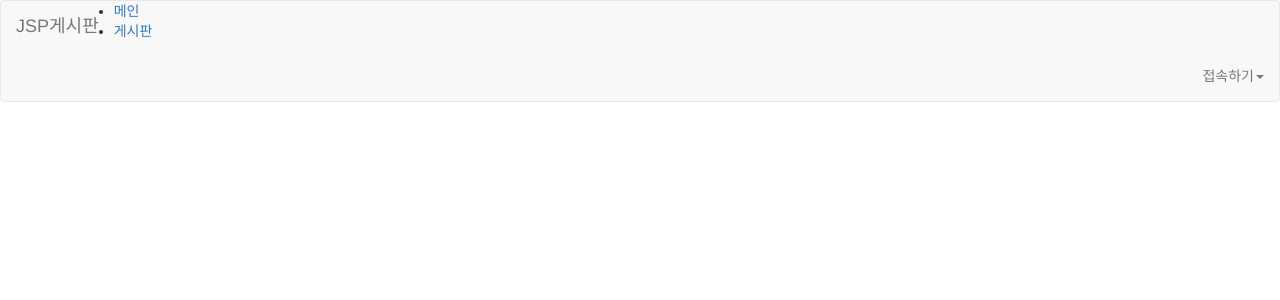
Repository: zoselakt/My_practice_JSP
Page: http://localhost/BBS/login.jsp
These files come from the project's save history. The page is drawn as it stood at one moment and after the next save; the edit follows.
The browser window is 1280 px wide. The pictures show the whole page.
Some web libraries are served in a nearby version. The page is served by Tomcat 9.

Above is the page before, as saved 2022-03-01 14:29:45.

After the next save:
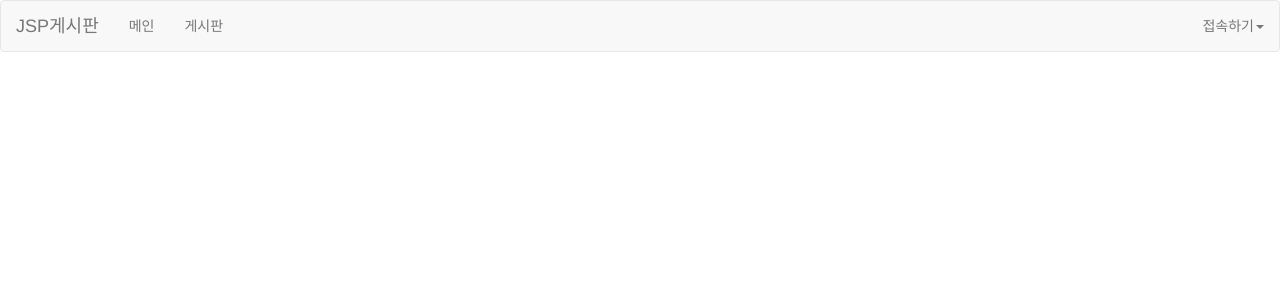
Saved 60 s later.
--- a/BBS/WebContent/login.jsp
+++ b/BBS/WebContent/login.jsp
@@ -21,7 +21,7 @@
 			<a class="navbar-brand" href="main.jsp">JSP게시판</a>
 		</div>
 		<div class="collapse navbar-collapse" id="bs-example-navbar-collapse-1">
-			<ul>
+			<ul class="nav navbar-nav">
 				<li><a href="main.jsp">메인</a>
 				<li><a href="main.jsp">게시판</a>
 			</ul>
